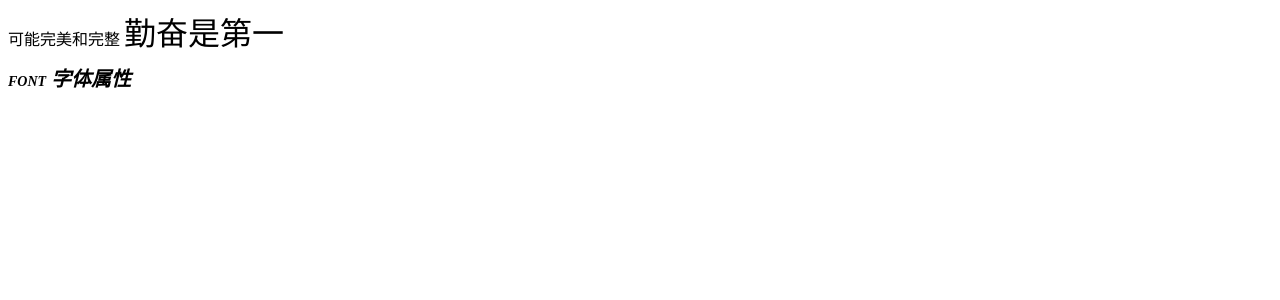
Repository: yuquan1006/-
Page: 02_css/demo.html
An editor plug-in stored every save of this project. The page is shown before and after a run of saves, followed by the edit.
The browser window is 1280 px wide. The pictures show the whole page.

Above is the page before, as saved 2023-06-26 10:39:46.

After the next 2 saves:
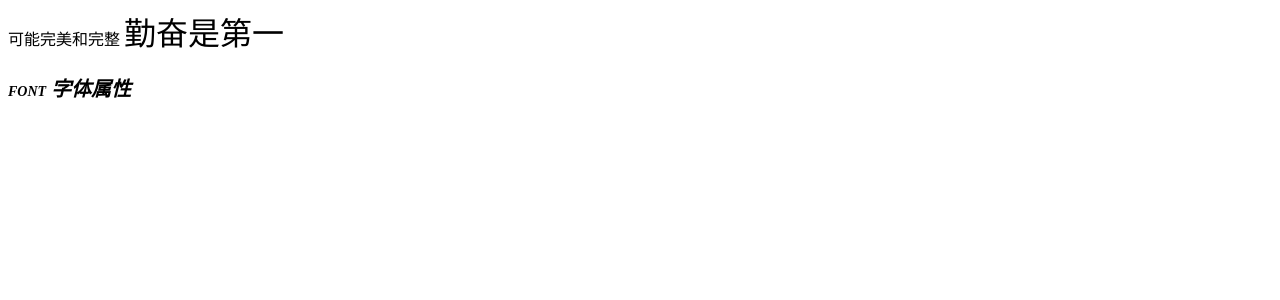
The 2 saves are shown as one change because they came seconds apart.
The last was saved 119 s later.
--- a/02_css/demo.html
+++ b/02_css/demo.html
@@ -13,7 +13,7 @@
         /* font 字体属性  CSS中，有很多非布局样式（与布局无关），包括：字体、行高、颜色、大小、背景、边框、滚动、换行、装饰性属性（粗体、斜体、下划线）等。 这一段，我们先来讲一下字体属性*/
         p{
             font-size: 20px; 		/*字体大小*/
-            line-height: 10px;      /*行高*/
+            line-height: 30px;      /*行高*/
             font-family: 幼圆,黑体; 	/*字体类型：如果没有幼圆就显示黑体，没有黑体就显示默认*/
             font-style: italic ;		/*italic表示斜体，normal表示不倾斜*/
             font-weight: bold;	/*粗体*/
